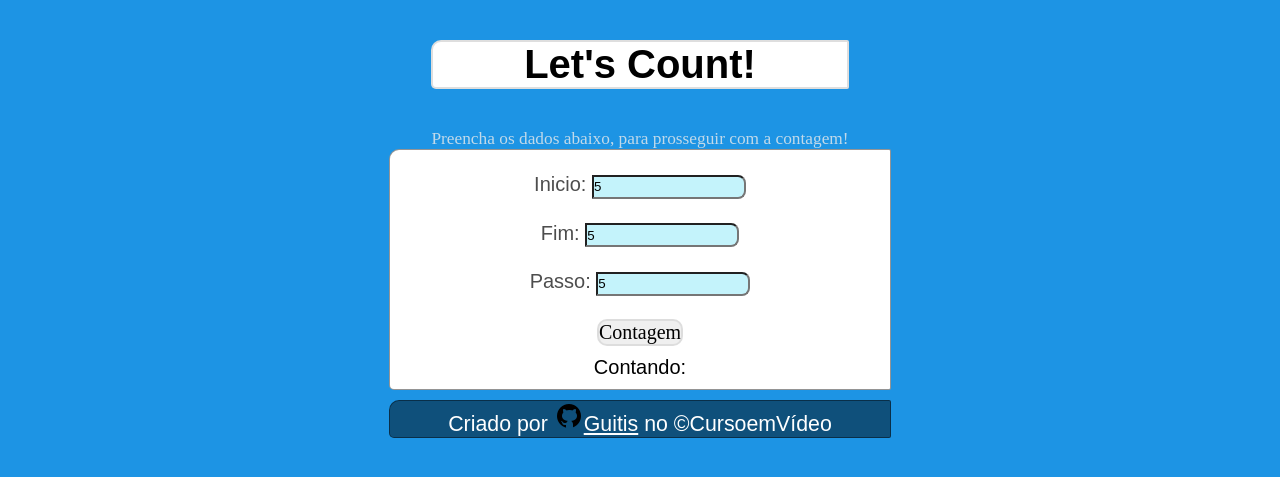
Repository: Guitis/Java-Script
Page: modelos/modelo002/ex17.html
The author's editor kept a copy of each file at every save. The page is drawn from the files as they stood at one save, then again after a run of saves.
The browser window is 1280 px wide. The pictures show the whole page.
Empty fields were first filled with sample values (such as "Sample", 5 or name@example.com).
After loading, the first visible `#button` was clicked once.

Above is the page before, as saved 2023-02-19 13:43:48.

After the next 2 saves:
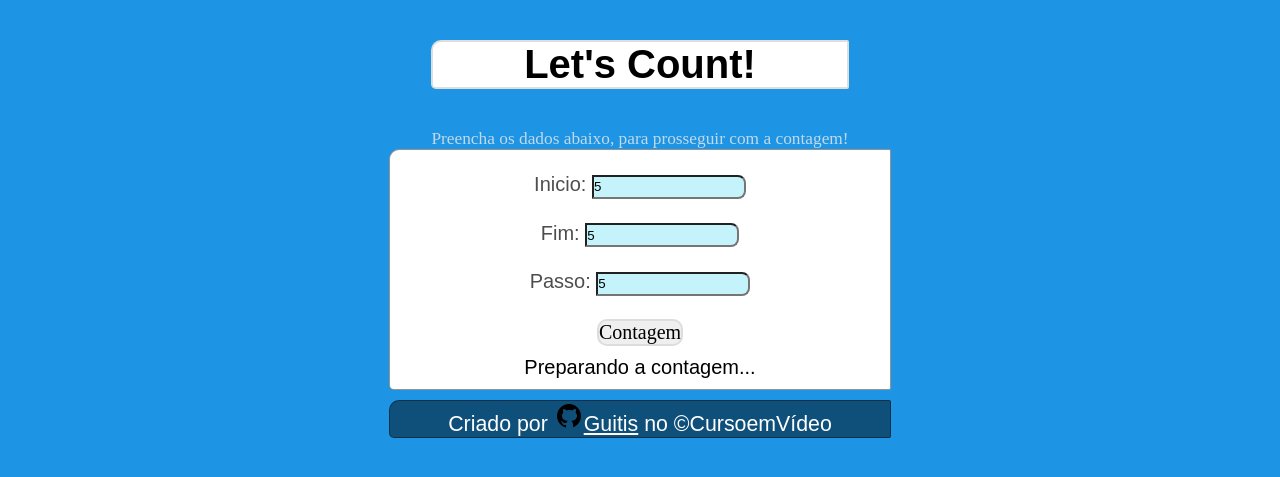
The 2 saves are shown as one change because they came seconds apart.
The last was saved 39 s later.
--- a/modelos/modelo002/java-script/javascript.js
+++ b/modelos/modelo002/java-script/javascript.js
@@ -7,6 +7,6 @@
     if (ini.value.length == 0 || fim.value.length == 0 || passo.value.length == 0) {
     window.alert('[ERRO] Faltam os dados!')
     } else {
-        res.innerHTML = 'Contando:'
+        res.innerHTML
     }
 }

After the save that followed:
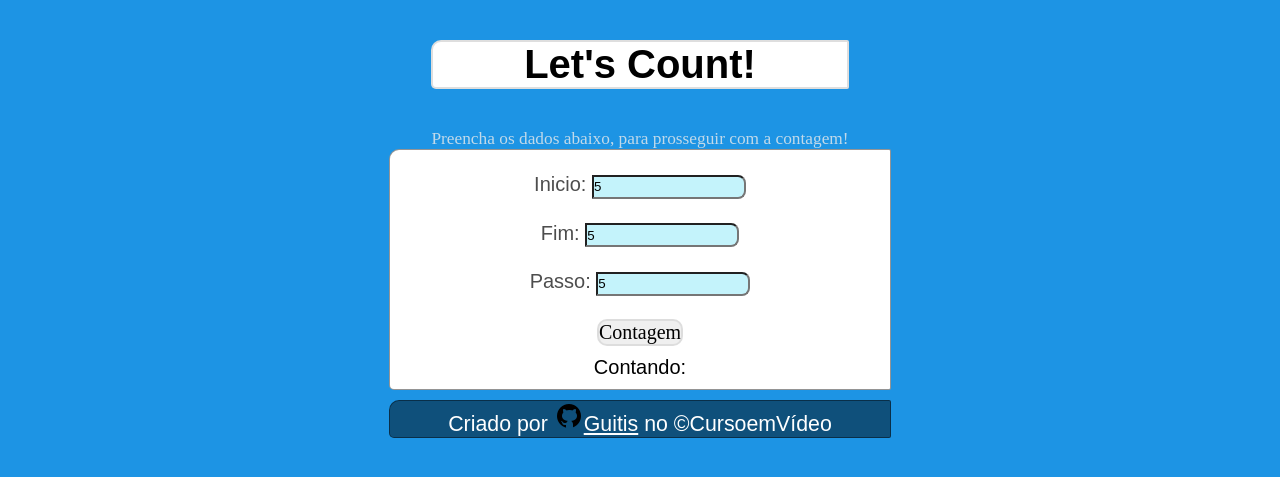
Saved 7 s later.
--- a/modelos/modelo002/java-script/javascript.js
+++ b/modelos/modelo002/java-script/javascript.js
@@ -7,6 +7,6 @@
     if (ini.value.length == 0 || fim.value.length == 0 || passo.value.length == 0) {
     window.alert('[ERRO] Faltam os dados!')
     } else {
-        res.innerHTML
+        res.innerHTML = 'Contando: '
     }
 }
